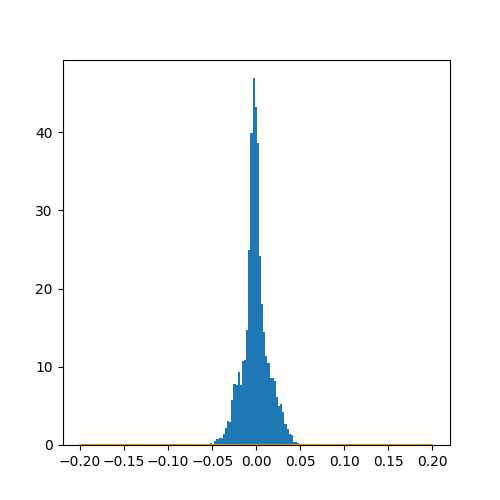
Repository: nishimuraHikar/PythonShowGraph
Script's output: python main.py
An editor plug-in stored every save of this project. The script's output is shown before and after the next save, followed by the edit.
Random numbers start from a fixed seed.

Above is the script's output before, as saved 2022-03-03 02:11:49.

### main.py
from time import time
import graph
import numpy as np

datafile = 'predict.csv'

timedata = graph.ReadColumn(datafile,0)
forcedatax = graph.ReadColumn(datafile, 1)
predictdatax = graph.ReadColumn(datafile, 2)
forcedatay = graph.ReadColumn(datafile, 3)
predictdatay = graph.ReadColumn(datafile, 4)

# graph.graph_1data(timedata, rawdata, "Raw Data")
# graph.graph_2data(timedata, rawdata, predictdata, "Raw Data", "Predict Data")
# graph.multiplot_2and1(timedata, forcedatax, predictdatax, forcedatay,predictdatay, "Actual X", "Predict X", "Actual Y", "Predict Y")
graph.histgram(forcedatax-predictdatax, 50, 10)

### graph.py
import numpy as np
import matplotlib.pyplot as plt
import pandas as pd
from scipy.stats import norm

def ReadColumn(csv, line_num): #csvと列番号を指定
    #csvからndarray型に変換
    csvdata = pd.read_csv(csv, header=0, usecols=[line_num])
    # csvから読んだデータをnumpyの行列に入れる
    array = csvdata.values
    return array

# グラフ表示
# 1つのグラフ
def graph_1data(x_data, y_data, labelname):
    plt.rcParams['font.family'] = 'Times New Roman'
    plt.rcParams["xtick.direction"] = "in"
    plt.rcParams["ytick.direction"] = "in"
    plt.rcParams["xtick.major.width"] = 1.5
    plt.rcParams["ytick.major.width"] = 1.5
    plt.rcParams["font.size"] = 14
    plt.rcParams["axes.linewidth"] = 1.5

    plt.plot(x_data, y_data, c="darkorange", label=labelname)
    np.linspace(min(x_data), max(x_data), 100)
    # plt.ylim(-1.55, 1.55)
    # plt.ylim(min(y_data), max(y_data))
    plt.xlabel("Time[sec]", fontname = 'Times New Roman')
    plt.ylabel("Force[N]", fontname = 'Times New Roman')
    plt.legend()
    # plt.savefig('NNresult.png') #PNGファイル生成
    plt.show()


# 2つのグラフ
def graph_2data(x_data, y1_data, y2_data, labelname1, labelname2):
    plt.rcParams['font.family'] = 'Times New Roman'
    plt.rcParams["xtick.direction"] = "in"
    plt.rcParams["ytick.direction"] = "in"
    plt.rcParams["xtick.major.width"] = 1.5
    plt.rcParams["ytick.major.width"] = 1.5
    plt.rcParams["font.size"] = 14
    plt.rcParams["axes.linewidth"] = 1.5

    plt.plot(x_data, y1_data, c="darkorange", label=labelname1)
    plt.plot(x_data, y2_data, c="blue", label=labelname2)
    np.linspace(min(x_data), max(x_data), 100)
    # plt.ylim(-0.01, 0.01)
    # plt.ylim(min(y_data), max(y_data))
    plt.xlabel("Time[sec]", fontname = 'Times New Roman')
    plt.ylabel("Force[N]", fontname = 'Times New Roman')
    plt.legend()
# <<<<<<< HEAD
#     plt.savefig('NNresult.png') #PNGファイル生成
#     plt.show()

# マルチプロット2行1列
def multiplot_2and1(x_data, y_data1a, y_data1b, y_data2a, y_data2b, labelname1, labelname2, labelname3, labelname4):
    plt.rcParams['font.family'] = 'Times New Roman'
    plt.rcParams["xtick.direction"] = "in"
    plt.rcParams["ytick.direction"] = "in"
    plt.rcParams["xtick.major.width"] = 1.5
    plt.rcParams["ytick.major.width"] = 1.5
    plt.rcParams["font.size"] = 16
    plt.rcParams["axes.linewidth"] = 1.5

    plt.figure(figsize=[9, 7])
    # ax1 = fig.add_subplot(2, 1, 1)
    # ax2 = fig.add_subplot(2, 1, 2)

    plt.subplot(211)
    plt.plot(x_data, y_data1a, c="darkorange", label=labelname1)
    plt.plot(x_data, y_data1b, c="blue", label=labelname2)
    plt.ylabel("Force[N]", fontname = 'Times New Roman')
    plt.xlim(0, 60)
    plt.ylim(-0.1, 0.2)
    plt.axvspan(40, 60, color="gray", alpha=0.3)
    plt.legend(loc = 'upper left')

    plt.subplot(212)
    plt.plot(x_data, y_data2a, c="darkorange", label=labelname3)
    plt.plot(x_data, y_data2b, c="blue", label=labelname4)
    plt.ylabel("Force[N]", fontname = 'Times New Roman')
    plt.xlim(0, 60)
    plt.ylim(-0.1, 0.2)

    np.linspace(min(x_data), max(x_data), 100)
    plt.xlabel("Time[sec]", fontname = 'Times New Roman')
    plt.axvspan(40, 60, color="gray", alpha=0.3)
    plt.legend(loc = 'upper left')

    plt.tight_layout()
    plt.savefig("result.pdf")
    plt.show()

# ヒストグラム
def histgram(data, binsnum, scale):
    fig = plt.figure(figsize = [5,5])
    ax = fig.add_subplot(111)
    ax.hist(data, bins = binsnum, density = True)
    X = np.linspace(-0.2, 0.2, 100)
    Y = norm.pdf(X, loc=0, scale=scale)
    ax.plot(X, Y, c="darkorange")
    plt.show()

Loaded but not shown: predict.csv (59902 lines, source omitted)

After the next save:
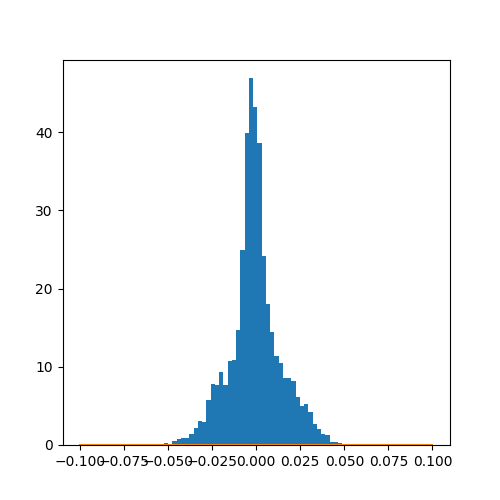
Saved 12 s later.
--- a/graph.py
+++ b/graph.py
@@ -98,7 +98,7 @@ def histgram(data, binsnum, scale):
     fig = plt.figure(figsize = [5,5])
     ax = fig.add_subplot(111)
     ax.hist(data, bins = binsnum, density = True)
-    X = np.linspace(-0.2, 0.2, 100)
+    X = np.linspace(-0.1, 0.1, 100)
     Y = norm.pdf(X, loc=0, scale=scale)
     ax.plot(X, Y, c="darkorange")
     plt.show()
